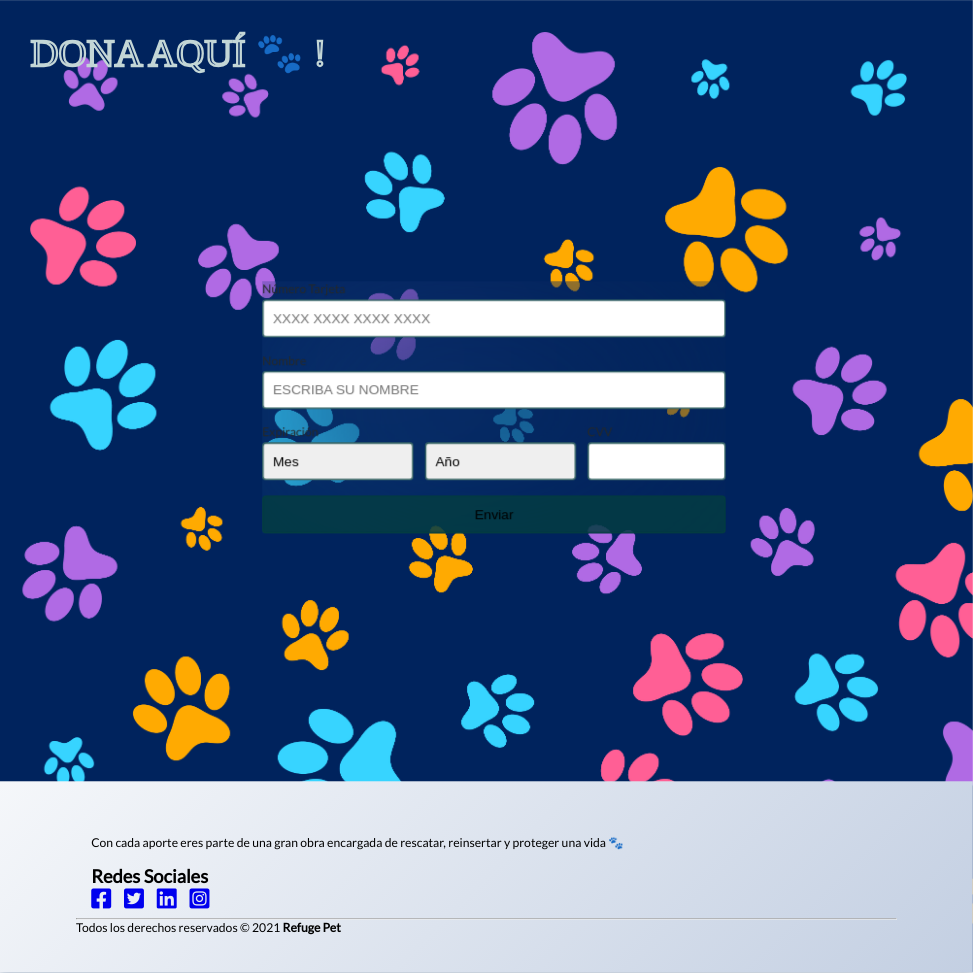
Repository: andreasvidal/SCL019-card-validation
Page: src/views/cardvalidation.html
The author's editor kept a copy of each file at every save. The page is drawn from the files as they stood at one save, then again after the next save.
The browser window is 1280 px wide. The pictures show the whole page, at 76% of full size.
Some web fonts or font styles are not loaded; a fallback is used. Some web libraries are served in a nearby version.

Above is the page before, as saved 2022-04-13 09:39:25.

After the next save:
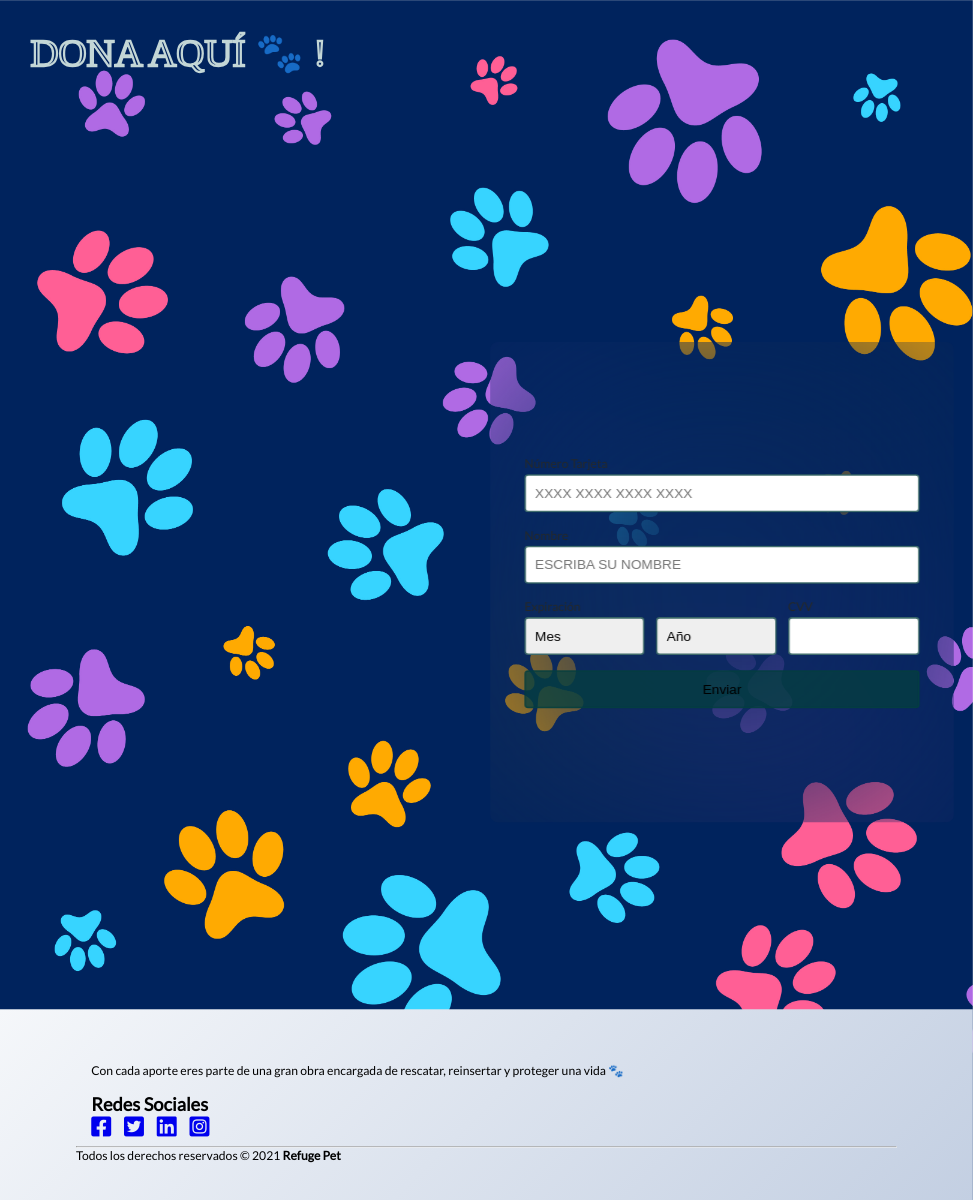
Saved 32 s later.
--- a/src/css/formstyle.css
+++ b/src/css/formstyle.css
@@ -28,6 +28,13 @@
 
 .bg-blur {
     backdrop-filter: blur(10rem);
+    width: 100%;
+    max-width: 700px;
+    padding: 150px 45px;
+    margin-left: 300px;
+    border-radius: 10px;
+    position: relative;
+    top: 80px;
 }
 
 .form-validation label {

After the save that followed:
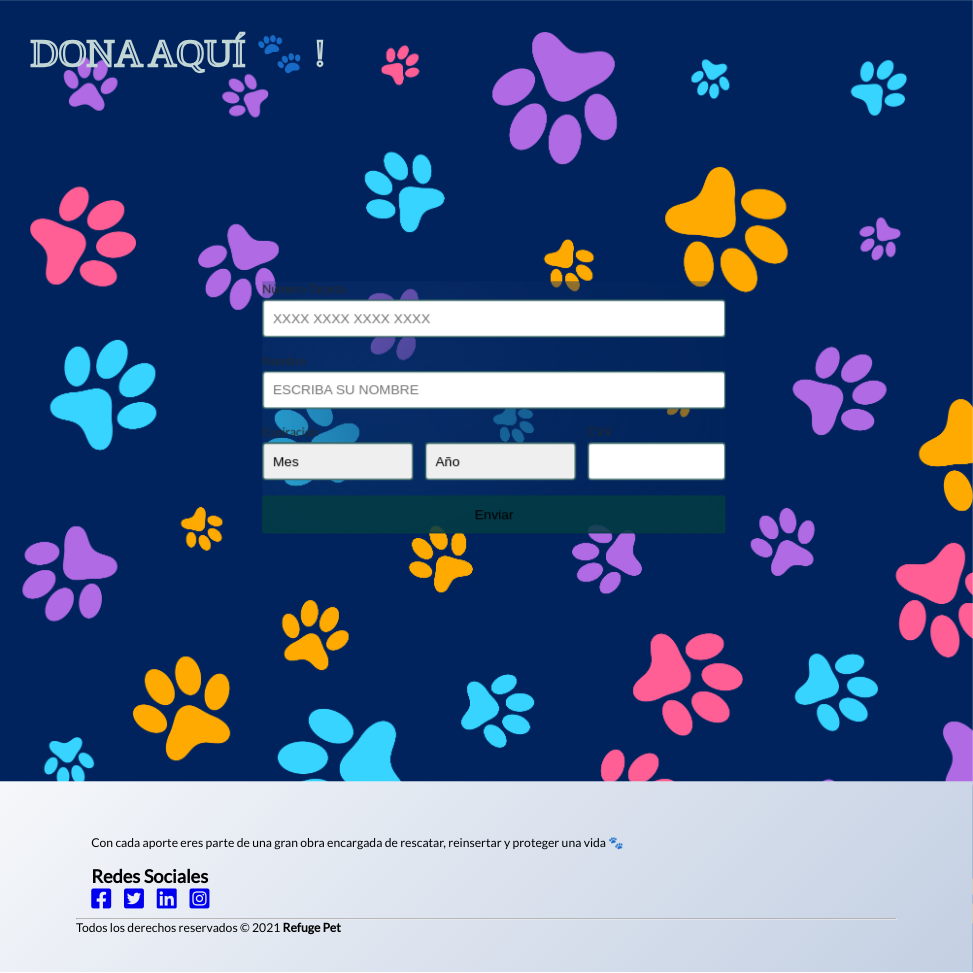
Saved 20 s later.
--- a/src/css/formstyle.css
+++ b/src/css/formstyle.css
@@ -29,12 +29,6 @@
 .bg-blur {
     backdrop-filter: blur(10rem);
     width: 100%;
-    max-width: 700px;
-    padding: 150px 45px;
-    margin-left: 300px;
-    border-radius: 10px;
-    position: relative;
-    top: 80px;
 }
 
 .form-validation label {
